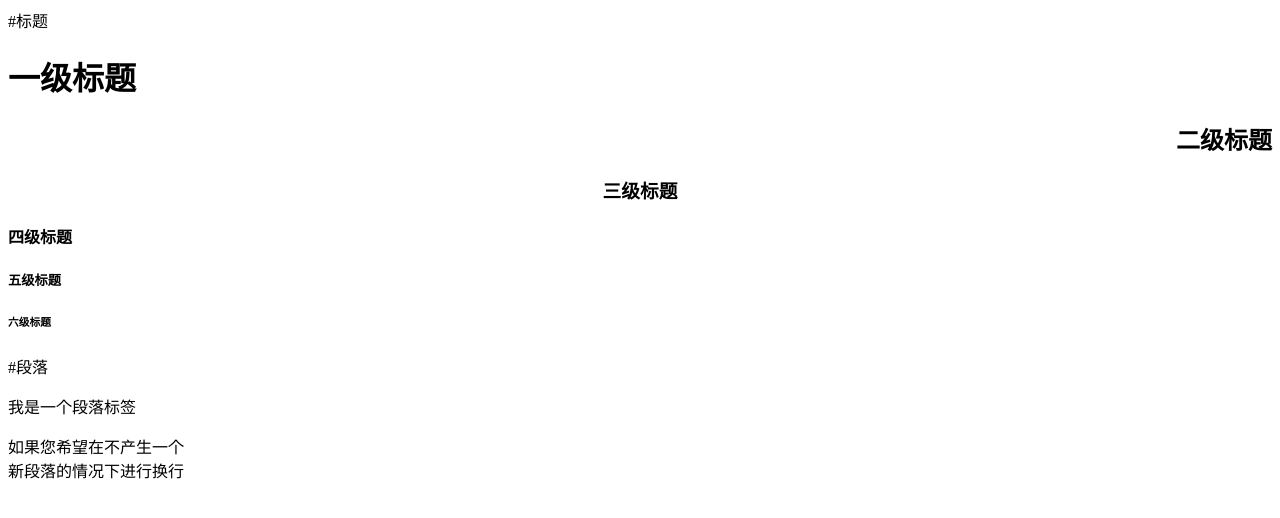
Repository: yuanliumaker/html-css-js
Page: hello.html
An editor plug-in stored every save of this project. The page is shown before and after the next save, followed by the edit.
The browser window is 1280 px wide. The pictures show the whole page.

Above is the page before, as saved 2025-08-28 18:48:51.

### hello.html
<!DOCTYPE html>
<html lang="en">
<head>
    <meta charset="UTF-8">
    <meta name="viewport" content="width=device-width, initial-scale=1.0">
    <title>Document</title>
</head>
<body>
    #标题
    <h1 align="left">一级标题</h1>
    <h2 align="right">二级标题</h2>
    <h3 align="center">三级标题</h3>
    <h4>四级标题</h4>
    <h5>五级标题</h5>
    <h6>六级标题</h6>
    #段落
    <p>我是一个段落标签</p>
    <p>如果您希望在不产生一个<br>新段落的情况下进行换行</p>
</body>
</html>

After the next save:
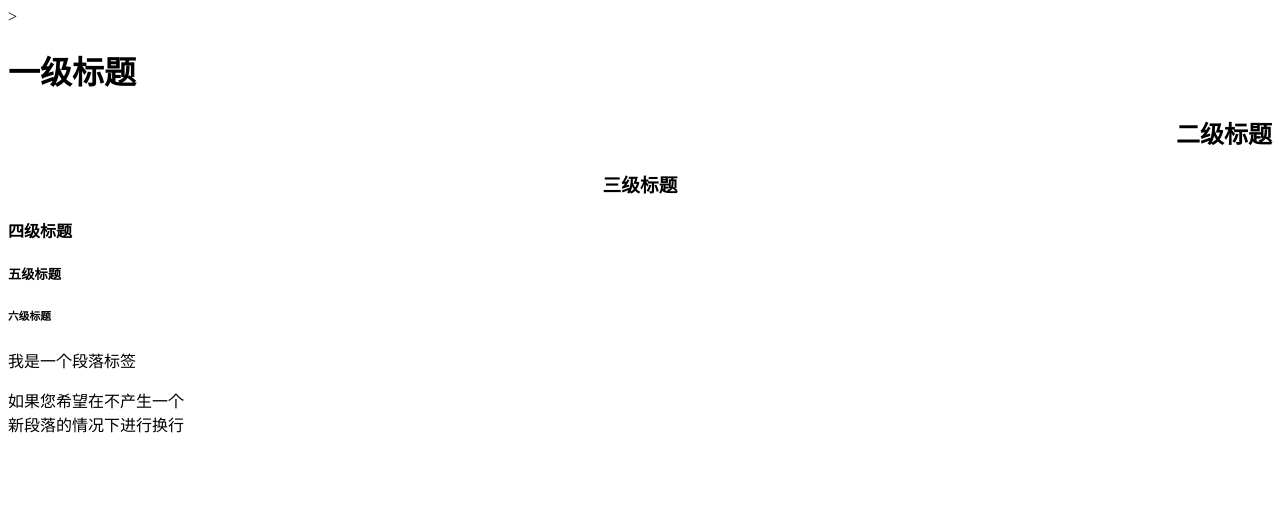
Saved 3 min 3 s later.
--- a/hello.html
+++ b/hello.html
@@ -6,14 +6,15 @@
     <title>Document</title>
 </head>
 <body>
-    #标题
+    <!--标题-->>
     <h1 align="left">一级标题</h1>
     <h2 align="right">二级标题</h2>
     <h3 align="center">三级标题</h3>
     <h4>四级标题</h4>
     <h5>五级标题</h5>
     <h6>六级标题</h6>
-    #段落
+    <!--段落-->
+    <!-- br表示换行-->
     <p>我是一个段落标签</p>
     <p>如果您希望在不产生一个<br>新段落的情况下进行换行</p>
 </body>
